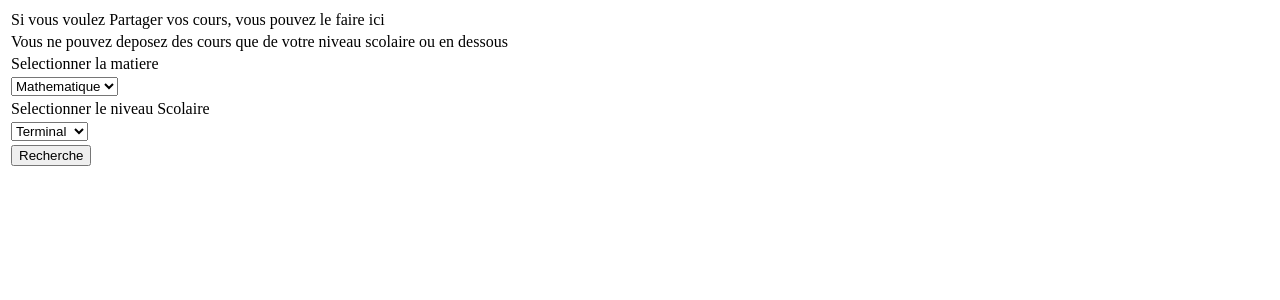
Repository: AntoAnt/WikiScolaire-
Page: http://localhost/InterfaceWikiScolair/AjoutCours.jsp
These files come from the project's save history. The page is drawn as it stood at one moment and after the next save; the edit follows.
The browser window is 1280 px wide. The pictures show the whole page.
The page is served by Tomcat 9. Other server files are loaded and not shown.

Above is the page before, as saved 2017-04-20 14:48:04.

### InterfaceWikiScolair/WebContent/AjoutCours.jsp
<%@ page language="java" contentType="text/html; charset=ISO-8859-1"
    pageEncoding="ISO-8859-1"%>
<!DOCTYPE html PUBLIC "-//W3C//DTD HTML 4.01 Transitional//EN" "http://www.w3.org/TR/html4/loose.dtd">
<html>
<head>
<meta http-equiv="Content-Type" content="text/html; charset=ISO-8859-1">
<title>Ajout Cours</title>
</head>
<body>
<form method="post" action="/InterfaceWikiScolair/ControleurPrincipal?idaction=Recherche_cours">
		<table>
			<tr><td>Si vous voulez Partager vos cours, vous pouvez le faire ici</td></tr>
			<tr><td>Vous ne pouvez deposez des cours que de votre niveau scolaire ou en dessous</td></tr>
			<tr><td>Selectionner la matiere </td></tr>
			<tr><td>
				<select id="Recherche_Matiere">
					<option value ="Mathematique">Mathematique</option>
					<option value ="Français">Français</option>
					<option value ="Anglais">Anglais</option>
					<option value ="SVT">SVT</option>
					<option value ="Physique">Physique</option>
					<option value ="economie">economie</option>
					<option value ="Histoire">Histoire</option>
					<option value ="Geographie">Geographie</option>
					<option value ="Philosophie">Philosophie</option>
				</select>
			<tr><td> Selectionner le niveau Scolaire</td></tr>
			<tr><td>
				<select id="Recherche_Niveau">
					<option value = "Terminal">Terminal</option>
					<option value = "Premiere">Premiere</otpion>
					<option value = "Seconde">Seconde</option>
				</select>
			</td></tr>
			<tr><td><input type="submit" name="recherche_cours" value="Recherche"></td></tr>



	</table>

</body>
</html>

After the next save:
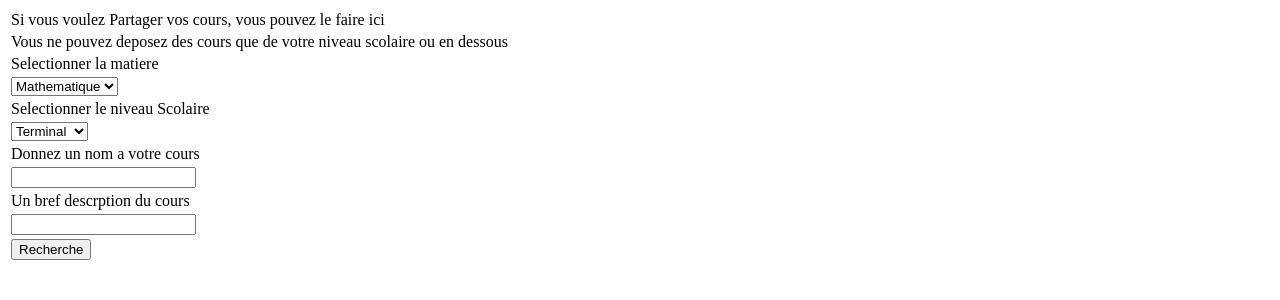
Saved 7 min 15 s later.
--- a/InterfaceWikiScolair/WebContent/AjoutCours.jsp
+++ b/InterfaceWikiScolair/WebContent/AjoutCours.jsp
@@ -32,6 +32,10 @@
 					<option value = "Seconde">Seconde</option>
 				</select>
 			</td></tr>
+			<tr><td>Donnez un nom a votre cours</td></tr>
+			<tr><td><input type="text" name="CHAMP_Cours_Nom"></td></tr>
+			<tr><td>Un bref descrption du cours</td></tr>
+			<tr><td><input type="text" name="CHAMP_Cours_Doc"></td></tr>
 			<tr><td><input type="submit" name="recherche_cours" value="Recherche"></td></tr>
 
 
